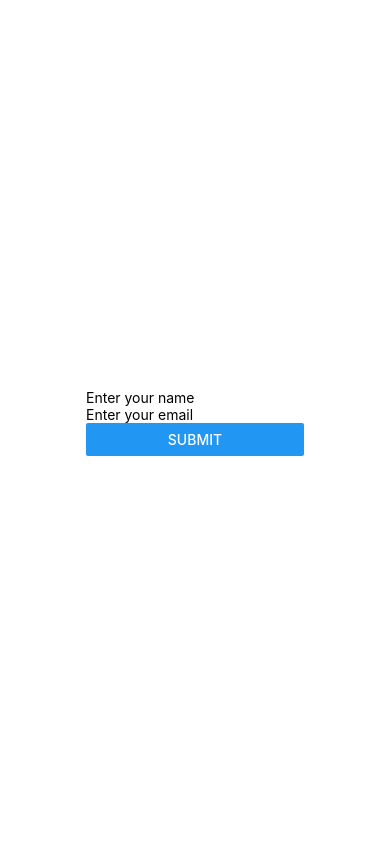
Repository: sweety-124/hse-apps
Page: /
An editor plug-in stored every save of this project. The page is shown before and after the next save, followed by the edit.
The browser window is 390 px wide. The pictures show the whole page.
The app was drawn by React Native's web renderer in a window 390 px wide. The project was rebuilt for these pictures with package versions that can differ from the ones it lists, and the page was loaded fresh each time.

Above is the page before, as saved 2023-02-28 11:52:22.

After the next save:
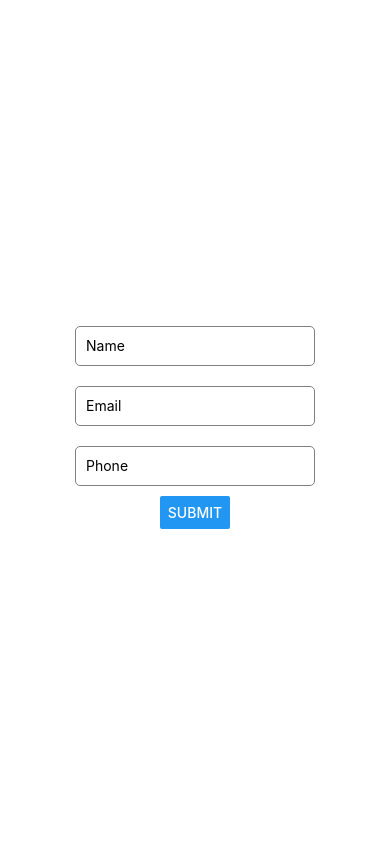
Saved 3 min 12 s later.
--- a/components/form.tsx
+++ b/components/form.tsx
@@ -1,47 +1,59 @@
 import React, { useState } from 'react';
-import { View, TextInput, Button, Alert } from 'react-native';
+import { View, TextInput, Button, StyleSheet, Alert } from 'react-native';
 
 const FormSubmission = () => {
   const [name, setName] = useState('');
   const [email, setEmail] = useState('');
+  const [phone, setPhone] = useState('');
 
-  const handleSubmit = () => {
-    console.log('name',name)
-    // fetch('https://your-api-url.com/submit-form', {
-    //   method: 'POST',
-    //   headers: {
-    //     'Content-Type': 'application/json'
-    //   },
-    //   body: JSON.stringify({ name, email })
-    // })
-    // .then(response => {
-    //   if (response.ok) {
-    //     Alert.alert('Form submitted successfully');
-    //   } else {
-    //     Alert.alert('Error submitting form');
-    //   }
-    // })
-    // .catch(error => {
-    //   console.error(error);
-    //   Alert.alert('Error submitting form');
-    // });
+  const handleFormSubmit = () => {
+    // Perform form validation and submission here
+    Alert.alert('Form submitted successfully!');
   };
 
   return (
-    <View>
+    <View style={styles.container}>
       <TextInput
-        placeholder="Enter your name"
+        style={styles.input}
+        placeholder="Name"
         value={name}
         onChangeText={setName}
       />
       <TextInput
-        placeholder="Enter your email"
+        style={styles.input}
+        placeholder="Email"
         value={email}
         onChangeText={setEmail}
+        keyboardType="email-address"
       />
-      <Button title="Submit" onPress={handleSubmit} />
+      <TextInput
+        style={styles.input}
+        placeholder="Phone"
+        value={phone}
+        onChangeText={setPhone}
+        keyboardType="phone-pad"
+      />
+      <Button title="Submit" onPress={handleFormSubmit} />
     </View>
   );
 };
 
+const styles = StyleSheet.create({
+  container: {
+    flex: 1,
+    justifyContent: 'center',
+    alignItems: 'center',
+    margin: 20,
+  },
+  input: {
+    height: 40,
+    width: '100%',
+    borderColor: 'gray',
+    borderWidth: 1,
+    borderRadius: 5,
+    marginVertical: 10,
+    paddingHorizontal: 10,
+  },
+});
+
 export default FormSubmission;
